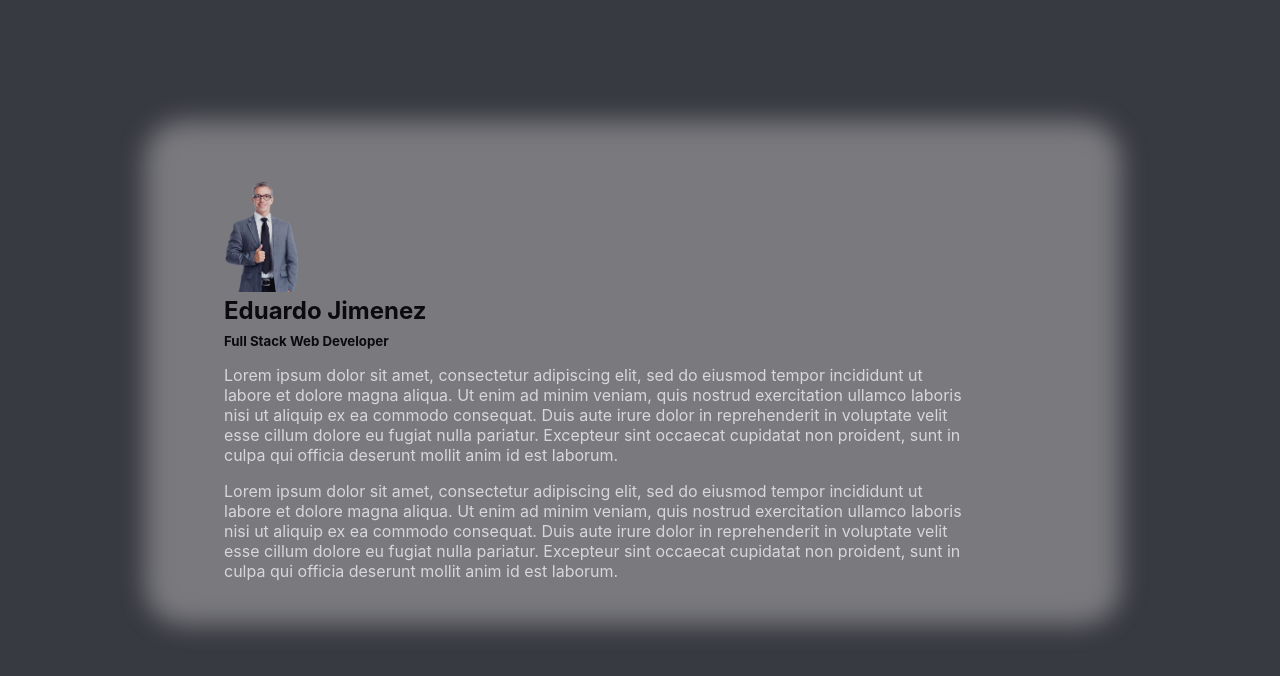
Repository: l8nightswithJS/react-my-portfolio
Page: /
These files come from the project's save history. The page is drawn as it stood at one moment and after the next save; the edit follows.
The browser window is 1280 px wide. The pictures show the whole page.
The project was rebuilt for these pictures with package versions that can differ from the ones it lists, and the page was loaded fresh each time.

Above is the page before, as saved 2021-04-29 13:20:33.

After the next save:
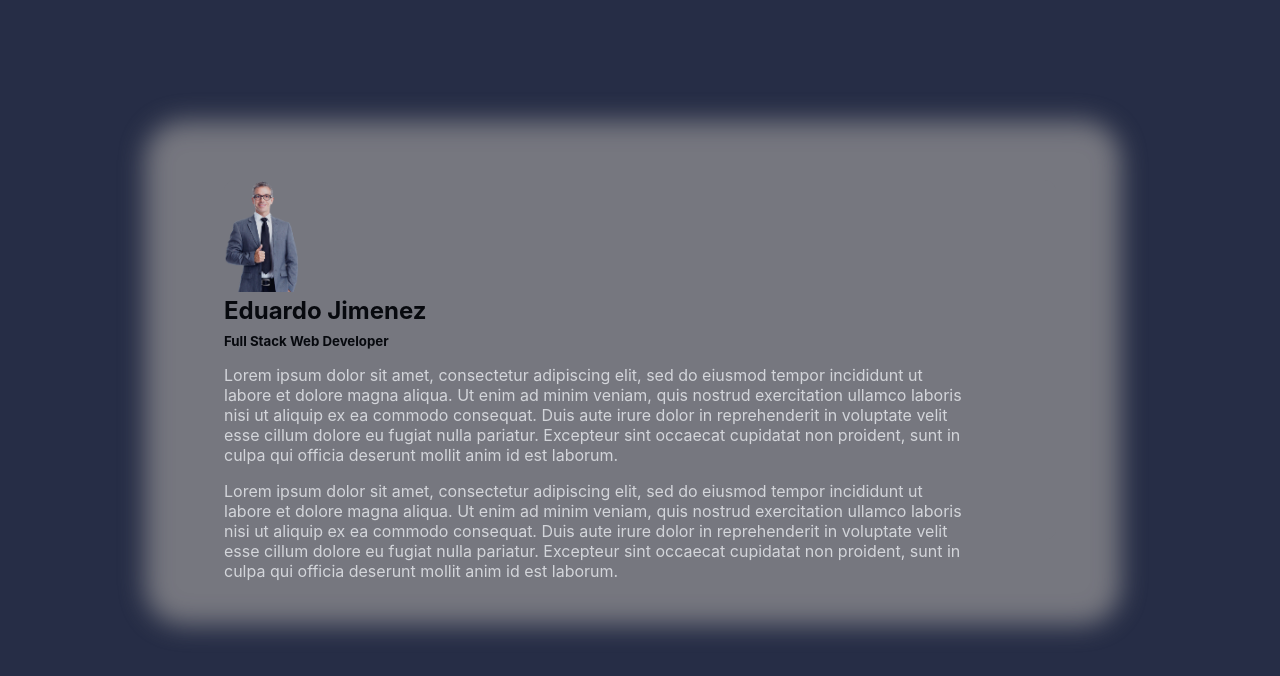
Saved 30 s later.
--- a/src/App.css
+++ b/src/App.css
@@ -1,7 +1,7 @@
 .App {
   height: 100vh;
   width: 100%;
-  background-color: rgb(56, 58, 65);
+  background-color: rgb(38, 45, 70);
 }
 
 section {
